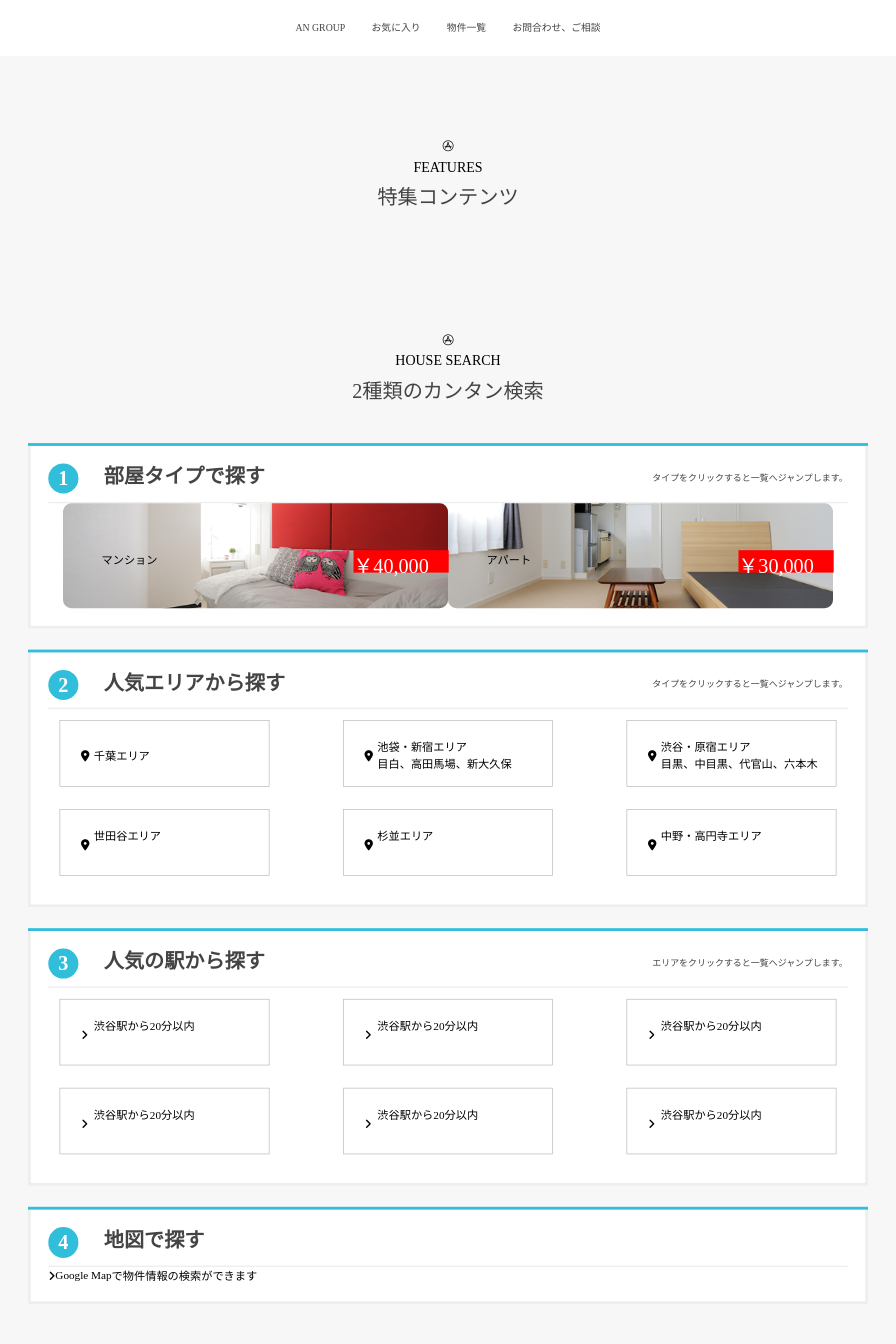
Repository: ninhdavid/real-estate
Page: index.html
These files come from the project's save history. The page is drawn as it stood at one moment and after the next save; the edit follows.
The browser window is 1280 px wide. The pictures show the part of the page from y = 0 to 1920 px (the page is 3189 px tall), at 70% of full size.
Some web libraries are served in a nearby version. The style sheet was rebuilt from its Sass, Less or Tailwind sources for each picture, by a compiler version that may differ from the author's.

Above is the page before, as saved 2022-05-27 20:42:44.

### index.html
<!DOCTYPE html>
<html lang="en">

<head>
    <meta charset="UTF-8">
    <meta http-equiv="X-UA-Compatible" content="IE=edge">
    <meta name="viewport" content="width=device-width, initial-scale=1.0">
    <link rel="stylesheet" href="css/main.css">
    <script src="https://kit.fontawesome.com/691ec27588.js" crossorigin="anonymous"></script>
    <title>Document</title>
</head>

<body>
    <div class="main-container">
        <div class="header">
            <div class="img-header"></div>
        </div>
        <div class="main-nav">
            <ul id="nav">
                <li><a class="nav-img" href="#">
                        <!-- <img src="./asset/img/logo/logo-edited.png" alt=""> -->
                        AN GROUP
                    </a></li>
                <li><a href="#">お気に入り</a></li>
                <li><a href="#">物件一覧</a></li>
                <li><a href="#">お問合わせ、ご相談</a></li>
            </ul>
        </div>
        <div class="content">
            <div class="content-section">
                <div class="title-section">
                    <i class="fa-brands fa-app-store"></i>
                    <p>FEATURES</p>
                    <p>特集コンテンツ</p>
                </div>
                <div id="slider"> </div>
            </div>
            <div class="content-section search-section">
                <div class="title-section">
                    <i class="fa-brands fa-app-store"></i>
                    <p>HOUSE SEARCH</p>
                    <p>2種類のカンタン検索</p>
                </div>
                <div class="content-area">
                    <div class="content-box">
                        <div class="title-area">
                            <h3>
                                <span>1</span>
                                部屋タイプで探す
                            </h3>
                            <p>タイプをクリックすると一覧へジャンプします。</p>
                        </div>
                        <div class="type-list">
                            <div class="type-list-des house-type"
                                style="background-image:url(./asset/img/img-for-homepage/img-type2.jpg);">
                                <div class="list-bg"></div>
                                <p class="list-title">マンション</p>
                                <p class="list-price">￥40,000</p>
                            </div>
                            <div class="type-list-des house-type"
                                style="background-image:url(./asset/img/img-for-homepage/img-type4.jpg);">
                                <div class="list-bg"></div>
                                <p class="list-title">アパート</p>
                                <p class="list-price">￥30,000</p>
                            </div>
                        </div>
                    </div>
                    <div class="content-box">
                        <div class="title-area">
                            <h3>
                                <span>2</span>
                                人気エリアから探す
                            </h3>
                            <p>タイプをクリックすると一覧へジャンプします。</p>
                        </div>
                        <div class="type-list location-list">
                            <div class="type-list-des location-des location-des-center">
                                <i class="fa-solid fa-location-dot"></i>
                                <p>千葉エリア</p>
                            </div>
                            <div class="type-list-des location-des">
                                <i class="fa-solid fa-location-dot"></i>
                                <p>池袋・新宿エリア</p>
                                <p>目白、高田馬場、新大久保</p>
                            </div>
                            <div class="type-list-des location-des">
                                <i class="fa-solid fa-location-dot"></i>
                                <p>渋谷・原宿エリア</p>
                                <p>目黒、中目黒、代官山、六本木</p>
                            </div>
                            <div class="type-list-des location-des">
                                <i class="fa-solid fa-location-dot"></i>
                                <p>世田谷エリア</p>
                                <p></p>
                            </div>
                            <div class="type-list-des location-des">
                                <i class="fa-solid fa-location-dot"></i>
                                <p>杉並エリア</p>
                                <p></p>
                            </div>
                            <div class="type-list-des location-des">
                                <i class="fa-solid fa-location-dot"></i>
                                <p>中野・高円寺エリア</p>
                            </div>
                        </div>
                    </div>
                    <div class="content-box">
                        <div class="title-area">
                            <h3>
                                <span>3</span>
                                人気の駅から探す
                            </h3>
                            <p>エリアをクリックすると一覧へジャンプします。</p>
                        </div>
                        <div class="type-list station-list">
                            <div class="type-list-des station-des">
                                <i class="fa-solid fa-angle-right"></i>
                                <p>渋谷駅から</p>
                                <p>20分以内</p>
                            </div>
                            <div class="type-list-des station-des">
                                <i class="fa-solid fa-angle-right"></i>
                                <p>渋谷駅から</p>
                                <p>20分以内</p>
                            </div>
                            <div class="type-list-des station-des">
                                <i class="fa-solid fa-angle-right"></i>
                                <p>渋谷駅から</p>
                                <p>20分以内</p>
                            </div>
                            <div class="type-list-des station-des">
                                <i class="fa-solid fa-angle-right"></i>
                                <p>渋谷駅から</p>
                                <p>20分以内</p>
                            </div>
                            <div class="type-list-des station-des">
                                <i class="fa-solid fa-angle-right"></i>
                                <p>渋谷駅から</p>
                                <p>20分以内</p>
                            </div>
                            <div class="type-list-des station-des">
                                <i class="fa-solid fa-angle-right"></i>
                                <p>渋谷駅から</p>
                                <p>20分以内</p>
                            </div>
                        </div>
                    </div>
                    <div class="content-box">
                        <div class="title-area">
                            <h3>
                                <span>4</span>
                                地図で探す
                            </h3>
                        </div>
                        <div class="type-list map-list">
                            <i class="fa-solid fa-angle-right"></i>
                            <p>Google Map</p>
                            <p>で物件情報の検索ができます</p>
                        </div>
                    </div>
                </div>
            </div>
            <div class="content-section">
                <div class="title-section">
                    <i class="fa-brands fa-app-store"></i>
                    <p>PICK UP!!</p>
                    <p>ピックアップ物件</p>
                </div>
                <div class="house-list-show">
                    <div class="house-1"></div>
                    <div class="house-2"></div>
                    <div class="house-3"></div>
                    <div class="house-4"></div>
                    <div class="house-5"></div>
                    <div class="house-6"></div>
                    <div class="house-7"></div>
                    <div class="house-8"></div>
                    <div class="house-9"></div>
                </div>
            </div>
        </div>

    </div>



</body>
<script src="asset/java-script/chat-online.js"></script>

</html>

### css/main.scss


*{
    padding: 0;
    margin: 0;
    box-sizing: border-box;
}

.main-nav{
    // height: 85px;
    background-color: #fff;
    width: 100%;
    z-index:10;
    height: 5em;
    text-align: center;
}
#nav{
    display:inline-block;
}
#nav,
.subnav {
    list-style-type: none;
}
#nav > li{
    display:inline-block;
}
#nav  li{
    position: relative;
    top:11px;
}
#nav li a{
    display: block;
    text-decoration: none;
    line-height: 24px;
    font-size: 14px;
    padding: 1.2em;
}
#nav>li>a{
    color: rgb(68,68,68);
    text-transform: uppercase;
}
// .nav-img{
//     background-image: url("/asset/img/logo/logo-edited.png");
//     height:80px;
//     width: 100px;
//     padding: 5px 0;
//     background-position: center; /* Center the image */
//     background-repeat: no-repeat; /* Do not repeat the image */
//     background-size: cover;
// }
.content{
    background-color: #f7f7f7;
    padding: 60px 5px;
}
.content-section{
    display: block;
    text-align: center;
    padding:60px 0;
}
.title-section{

}
.search-section{

}
.title-section i {

}
.tittle-section p{
    font-weight: bold;
}
.title-section>p:nth-of-type(1){
    font-size: 1.25em;
    line-height: 1;
    padding: 10px 0;
}
.title-section p:nth-of-type(2){
    font-size: 1.8em;
    // font-size: 32px;
    color: #444444;
    padding-bottom: 2em;
}
.content-area{
    width: 1200px;
    margin: 0 auto;
}

.content-box{
    // display:relative;
    width: 100%;
    padding: 25px;
    border: 4px solid #eeeeee;
    position: relative;
    margin-bottom:30px;
    background-color: #fff;
}
.content-box:before{
    content: "";
    display: block;
    position: absolute;
    left: -4px;
    top: -4px;
    width: calc(100% + 8px);
    height: 4px;
    background-color: #30bedb;
}
.content-box p {
    display: inline-block;
}
.title-area{
    display:flex;
    justify-content:space-between;
    // font-size: 1.8em;
    line-height: 1.2;
    text-align: center;
    align-items:center;
    padding-bottom: 0.7em;
    border-bottom: 2px solid #eeeeee;
}
.title-area h3{
    font-size: 1.8em;
    color: #444444;
}
.title-area>h3>span{
    width: 1.5em;
    line-height: 1.5em;
    background-color: #30bedb;
    color: #fff;
    display:inline-block;
    vertical-align: middle;
    margin-right: 1em;
    // font-size: 1.6428571429em;
    // font-size: 1.17em;
    font-weight: bold;
    text-align: center;
    border-radius: 50% 50% 50% 50%;
}
.title-area>p{
    font-size: 0.8em;
    color: #444444;
}
.type-list{
    // padding: 25px 0px 0px 25px;
    display: flex;
    flex-wrap: wrap;
    flex-direction:row;
    justify-content: center;
}
.type-list-des{
    width: 550px;
    height:150px;
    position: relative;
}
.house-type{
    // margin-left: 1.2em;
    border-radius: 12px;
}
.type-list-des > i{
    position: absolute;
    left: 10%;
    top: 45%;
}


.list-bg{
    position: absolute;
    background: no-repeat center center / cover;
    transition: all 0.3s ease;
    background-color: red;
}
.list-title{
    position:absolute;
    left: 10%;
    top: 45%;
}
.list-price{
    position:absolute;
    right: 5%;
    top: 45%;
    z-index: 1;
    font-size:1.8em;
    color: white;
}
.list-price::before{
    content:"";
    display: block;
    position: absolute;
    top: 0;
    left: 0;
    background-color: red;
    width:136px;
    height: 32px;
    z-index: -1;
}
.location-des-center>p{
    transform:translateY(55%)
}
.station-list,
.location-list{
    display: flex;
    justify-content:space-between;
}
.station-des
,.location-des{
    border:1px solid #bbbbbb;
    height:95px;
    width:300px;
    margin: 1em;
}
// .station-des i{
//     display:block;
//     float:left;
//     margin-top:15px;
// }
.station-des>p,
.location-des>p{
    float:left;
    position: relative;
    left: 3em;
    top: 1.5em;
}
// .station-list{
//     display: flex;
//     justify-content:space-between;
// }
// .station-des{
//     border:1px solid #bbbbbb;
//     height:95px;
//     width:300px;
//     margin: 1em;
// }

.map-list{
    display: flex;
    justify-content:flex-start;
    align-items:center;
}

.house-list-show{
    margin: 0 auto;
    display:grid;
    grid-template-areas:
    "a a b c"
    "d e f f"
    "g g h i";
    grid-template-rows: 300px 300px 300px;
    grid-template-columns: 25% 25% 25% 25%;
    width: 1200px;
}
.house-1{
    grid-area: a;
    background-color: red;
}
.house-2{
    grid-area: b;
    background-color: blue;
}
.house-3{
    grid-area: c;
    background-color: green;
}
.house-4{
    grid-area: d;
}
.house-5{
    grid-area: e;
}
.house-6{
    grid-area: f;
}
.house-7{
    grid-area: g;
}
.house-8{
    grid-area: h;
}
.house-9{
    grid-area: i;
}

Loaded but not shown: asset/java-script/chat-online.js (no stored copy; drawn as an empty file)

After the next save:
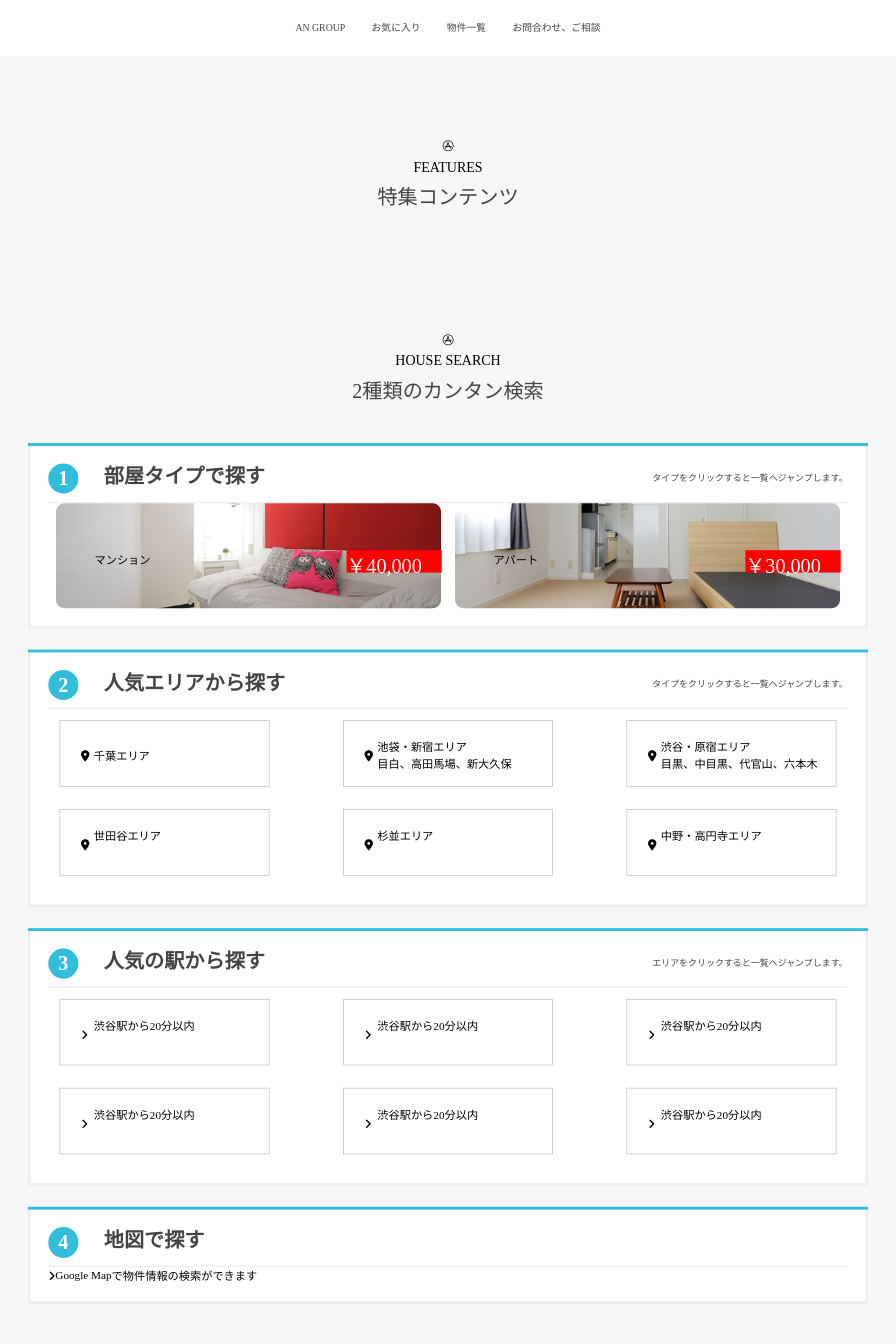
Saved 85 s later.
--- a/index.html
+++ b/index.html
@@ -52,7 +52,7 @@
                         </div>
                         <div class="type-list">
                             <div class="type-list-des house-type"
-                                style="background-image:url(./asset/img/img-for-homepage/img-type2.jpg);">
+                                style="background-image:url(./asset/img/img-for-homepage/img-type2.jpg);margin-right: 20px;">
                                 <div class="list-bg"></div>
                                 <p class="list-title">マンション</p>
                                 <p class="list-price">￥40,000</p>
